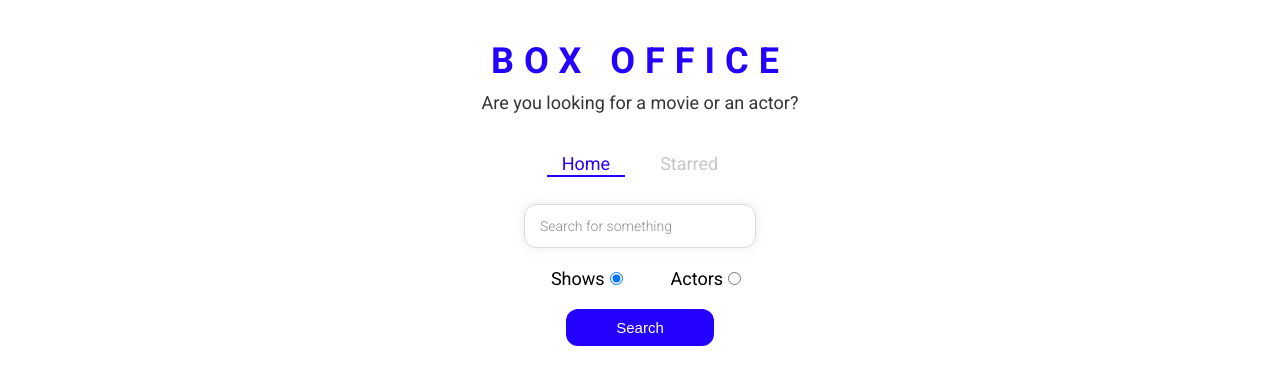
Repository: Hrishabhsinghai/box-office
Page: /
The author's editor kept a copy of each file at every save. The page is drawn from the files as they stood at one save, then again after the next save.
The browser window is 1280 px wide. The pictures show the whole page.
The project was rebuilt for these pictures with package versions that can differ from the ones it lists, and the page was loaded fresh each time. Also part of the build but not shown: src/components/styled.js, src/components/show/ShowMainData.styled.js, src/components/show/ShowMainData.js, src/components/show/Details.styled.js, src/components/show/Details.js, src/components/show/Seasons.styled.js, src/components/show/Seasons.js, src/components/show/Cast.styled.js and 10 more.

Above is the page before, as saved 2022-07-02 23:55:53.

### src/App.js
import React from 'react';
import { Switch, Route } from 'react-router-dom';
import Show from './pages/Show';
import { ThemeProvider } from 'styled-components';
import Home from './pages/Home';
import Starred from './pages/Starred';

const theme = {
  mainColors: {
    blue: '#2400ff',
    gray: '#c6c6c6',
    dark: '#353535',
  },
};

function App() {
  return (
    <ThemeProvider theme={theme}>
      <Switch>
        <Route exact path="/">
          <Home />
        </Route>

        <Route exact path="/starred">
          <Starred />
        </Route>

        <Route exact path="/show/:id">
          <Show />
        </Route>

        <Route>
          <div>Not found</div>
        </Route>
      </Switch>
    </ThemeProvider>
  );
}

export default App;

### src/pages/Home.js
import React, { useState } from 'react';
import ActorGrid from '../components/actor/ActorGrid';
import CustomRadio from '../components/CustomRadio';
import MainPageLayout from '../components/MainPageLayout';
import ShowGrid from '../components/show/ShowGrid';
import { apiGet } from '../misc/config';
import { useLastQuery } from '../misc/custom-hooks';
import {
  RadioInputsWrapper,
  SearchButtonWrapper,
  SearchInput,
} from './Home.styled';

const Home = () => {
  const [input, setInput] = useLastQuery();
  const [results, setResults] = useState(null);
  const [searchOption, setSearchoption] = useState('shows');
  const isShowsSearch = searchOption === 'shows';

  const onSearch = () => {
    apiGet(`/search/${searchOption}?q=${input}`).then(result => {
      setResults(result);
    });
  };

  const onInputChange = ev => {
    setInput(ev.target.value);
  };

  const onKeyDown = ev => {
    if (ev.keyCode === 13) {
      onSearch();
    }
  };

  const onRadioChange = ev => {
    setSearchoption(ev.target.value);
  };
  console.log(searchOption);

  const renderResults = () => {
    if (results && results.length === 0) {
      return <div>No results</div>;
    }

    if (results && results.length > 0) {
      return results[0].show ? (
        <ShowGrid data={results} />
      ) : (
        <ActorGrid data={results} />
      );
    }

    return null;
  };

  return (
    <MainPageLayout>
      <SearchInput
        type="text"
        placeholder="Search for something"
        onChange={onInputChange}
        onKeyDown={onKeyDown}
        value={input}
      />
      {/* adding radio buttons */}
      <RadioInputsWrapper>
        <div>
          <CustomRadio
            label="Shows"
            id="shows"
            type="radio"
            value="shows"
            checked={isShowsSearch}
            onChange={onRadioChange}
          />
        </div>

        <div>
          <label htmlFor="actors-search">
            Actors
            <input
              id="actors-search"
              type="radio"
              value="people"
              checked={!isShowsSearch}
              onChange={onRadioChange}
            />
          </label>
        </div>
      </RadioInputsWrapper>

      <SearchButtonWrapper>
        <button type="button" onClick={onSearch}>
          Search
        </button>
      </SearchButtonWrapper>
      {renderResults()}
    </MainPageLayout>
  );
};

export default Home;

### src/misc/custom-hooks.js
import { useReducer, useEffect, useState } from 'react';
import { apiGet } from '../misc/config';

function showsReducer(prevState, action) {
  switch (action.type) {
    case 'ADD': {
      return [...prevState, action.showId];
    }

    case 'REMOVE': {
      return prevState.filter(showId => showId !== action.showId);
    }

    default:
      return prevState;
  }
}

function usePersistedReducer(reducer, initialState, key) {
  const [state, dispatch] = useReducer(reducer, initialState, initial => {
    const persisted = localStorage.getItem(key);

    return persisted ? JSON.parse(persisted) : initial;
  });

  useEffect(() => {
    localStorage.setItem(key, JSON.stringify(state));
  }, [state, key]);

  return [state, dispatch];
}

export function useShows(key = 'shows') {
  return usePersistedReducer(showsReducer, [], key);
}

export function useLastQuery(key = 'lastQuery') {
  const [input, setInput] = useState(() => {
    const persisted = sessionStorage.getItem(key);

    return persisted ? JSON.parse(persisted) : '';
  });

  const setPersistedInput = newState => {
    setInput(newState);
    sessionStorage.setItem(key, JSON.stringify(newState));
  };

  return [input, setPersistedInput];
}

const reducer = (prevState, action) => {
  switch (action.type) {
    case 'FETCH_SUCCESS': {
      return { isLoading: false, error: null, show: action.show };
    }

    case 'FETCH_FAILED': {
      return { ...prevState, isLoading: false, error: action.error };
    }

    default:
      return prevState;
  }
};

export function useShow(showId) {
  const [state, dispatch] = useReducer(reducer, {
    show: null,
    isLoading: true,
    error: null,
  });

  useEffect(() => {
    let isMounted = true;

    apiGet(`/shows/${showId}?embed[]=seasons&embed[]=cast`)
      .then(results => {
        if (isMounted) {
          dispatch({ type: 'FETCH_SUCCESS', show: results });
        }
      })
      .catch(err => {
        if (isMounted) {
          dispatch({ type: 'FETCH_FAILED', error: err.message });
        }
      });

    return () => {
      isMounted = false;
    };
  }, [showId]);

  return state;
}

### src/components/CustomRadio.js
import React from 'react';

const CustomRadio = ({ label, ...restProps }) => {
  return (
    <div>
      <label htmlFor={restProps.id}>
        {label}
        <input {...restProps} type="radio" />
      </label>
    </div>
  );
};

export default CustomRadio;

### src/misc/config.js
const API_BASE_URL = `https://api.tvmaze.com`;

export async function apiGet(queryString) {
  const response = await fetch(`${API_BASE_URL}${queryString}`).then(r =>
    r.json()
  );

  return response;
}

### src/pages/Home.styled.js
import styled from 'styled-components';

export const SearchInput = styled.input`
  display: block;
  font-family: 'Roboto', sans-serif;
  width: 200px;
  margin: auto;
  outline: none;
  padding: 13px 15px;
  border: 1px solid #dbdbdb;
  box-shadow: 0px 0px 10px 0px rgba(219, 219, 219, 0.5);
  font-size: 14px;
  border-radius: 12px;
  color: #8d8d8d;

  &::placeholder {
    font-weight: 300;
    color: #8d8d8d;
  }
`;

export const RadioInputsWrapper = styled.div`
  display: flex;
  justify-content: center;
  margin: 20px 0;

  div {
    margin: 0 15px;
  }
`;

export const SearchButtonWrapper = styled.div`
  text-align: center;
  margin-bottom: 35px;

  button {
    color: #fff;
    background-color: ${({ theme }) => theme.mainColors.blue};
    margin: auto;
    padding: 10px 50px;
    font-size: 15px;
    border: none;
    outline: none;
    border-radius: 12px;
    &:hover {
      cursor: pointer;
    }
  }
`;

### src/components/Navs.js
import React from 'react';
import { useLocation } from 'react-router-dom';

import { NavList, LinkStyled } from './Navs.styled';

const LINKS = [
  { to: '/', text: 'Home' },
  { to: '/starred', text: 'Starred' },
];

const Navs = () => {
  const location = useLocation();

  return (
    <div>
      <NavList>
        {LINKS.map(item => (
          <li key={item.to}>
            <LinkStyled
              to={item.to}
              className={item.to === location.pathname ? 'active' : ''}
            >
              {item.text}
            </LinkStyled>
          </li>
        ))}
      </NavList>
    </div>
  );
};

export default Navs;

### src/components/Navs.styled.js
import styled from 'styled-components';
import { Link } from 'react-router-dom';

export const NavList = styled.ul`
  display: flex;
  justify-content: center;
  list-style: none;
  margin: 0 0 30px;
  padding: 0;
`;

export const LinkStyled = styled(Link)`
  margin: 0 10px;
  padding: 3px 15px;
  position: relative;
  text-decoration: none;
  color: ${({ theme }) => theme.mainColors.gray};
  &.active {
    color: ${({ theme }) => theme.mainColors.blue};
    &:after {
      content: '';
      position: absolute;
      display: block;
      height: 2px;
      left: 0%;
      bottom: 0;
      background-color: ${({ theme }) => theme.mainColors.blue};
      animation: slide-in 0.3s ease-in forwards;
      @keyframes slide-in {
        from {
          left: 50%;
          width: 0;
        }
        to {
          left: 0%;
          width: 100%;
        }
      }
    }
  }
`;

Loaded but not shown: public/index.html (common file); src/index.js (common file); src/index.css (common file); src/reportWebVitals.js (common file); src/components/MainPageLayout.js (common file); src/components/Title.js (common file); src/components/Title.styled.js (common file)

After the next save:
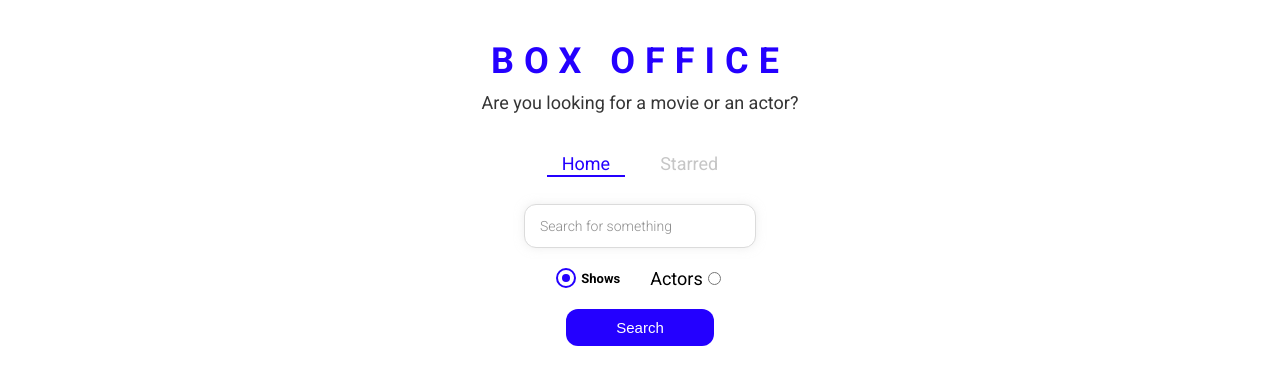
Saved 98 s later.
--- a/src/components/CustomRadio.js
+++ b/src/components/CustomRadio.js
@@ -1,13 +1,65 @@
 import React from 'react';
+import styled from 'styled-components';
+
+const RadioWrapper = styled.label`
+  display: block;
+  position: relative;
+  padding-left: 25px;
+  cursor: pointer;
+  font-size: 13px;
+  user-select: none;
+  font-weight: 700;
+  line-height: 1.65;
+
+  input {
+    position: absolute;
+    opacity: 0;
+    cursor: pointer;
+  }
+
+  span {
+    position: absolute;
+    top: 0;
+    left: 0;
+    height: 16px;
+    width: 16px;
+    background-color: #fff;
+    border: 2px solid ${({ theme }) => theme.mainColors.blue};
+    border-radius: 50%;
+  }
+
+  input:checked ~ span {
+    background-color: #fff;
+    border: 2px solid ${({ theme }) => theme.mainColors.blue};
+  }
+
+  span:after {
+    content: '';
+    position: absolute;
+    display: none;
+  }
+
+  input:checked ~ span:after {
+    display: block;
+  }
+
+  span:after {
+    top: 4px;
+    left: 4px;
+    width: 8px;
+    height: 8px;
+    border-radius: 50%;
+    background: ${({ theme }) => theme.mainColors.blue};
+  }
+`;
 
 const CustomRadio = ({ label, ...restProps }) => {
   return (
-    <div>
-      <label htmlFor={restProps.id}>
-        {label}
-        <input {...restProps} type="radio" />
-      </label>
-    </div>
+    <RadioWrapper htmlFor={restProps.id}>
+      {label}
+      <input {...restProps} type="radio" />
+      <span />
+    </RadioWrapper>
   );
 };
 
